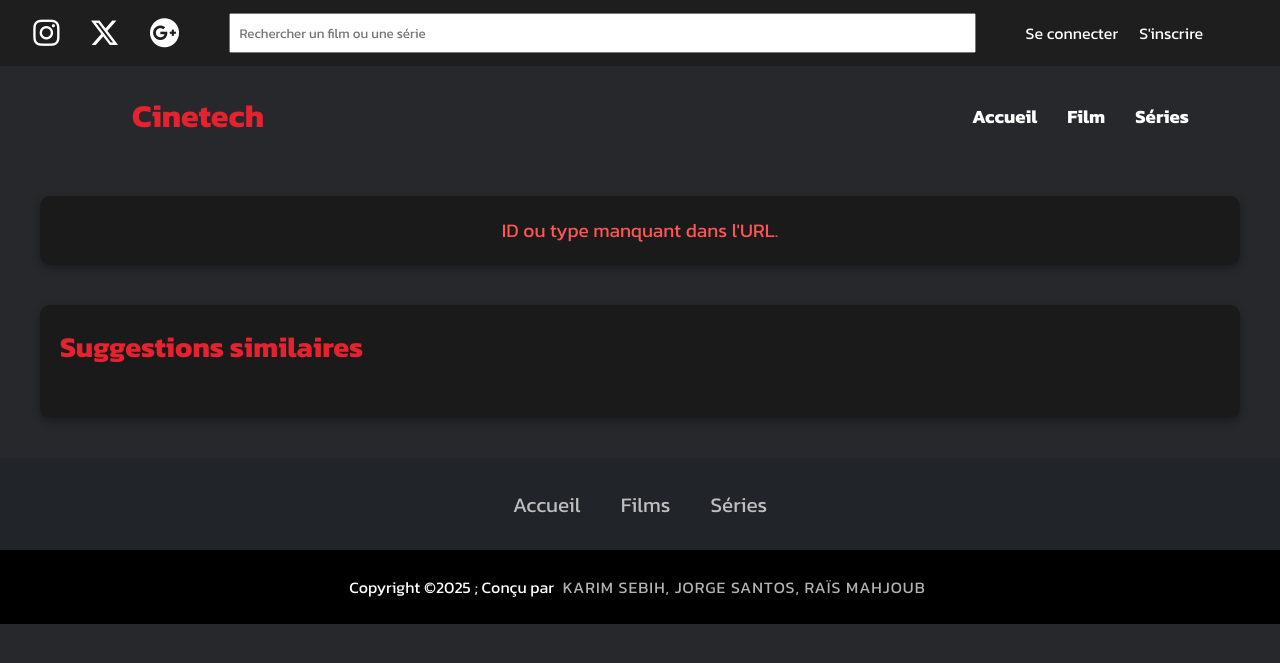
Repository: karim-sebih/cinetech
Page: pages/detail.html
These files come from the project's save history. The page is drawn as it stood at one moment and after the next save; the edit follows.
The browser window is 1280 px wide. The pictures show the whole page.
Some web libraries are served in a nearby version.

Above is the page before, as saved 2025-04-24 09:41:10.

### pages/detail.html
<!DOCTYPE html>
<html lang="fr">
<head>
    <meta charset="UTF-8">
    <meta name="viewport" content="width=device-width, initial-scale=1.0">
    <link rel="stylesheet" href="../styles/detail.css">
    <script src="https://kit.fontawesome.com/ca3234fc7d.js" crossorigin="anonymous"></script>
    <link rel="preconnect" href="https://fonts.googleapis.com">
    <link rel="preconnect" href="https://fonts.gstatic.com" crossorigin>
    <link href="https://fonts.googleapis.com/css2?family=Kanit:ital,wght@0,100;0,200;0,300;0,400;0,500;0,600;0,700;0,800;0,900;1,100;1,200;1,300;1,400;1,500;1,600;1,700;1,800;1,900&display=swap" rel="stylesheet">
    <title>Détail</title>
</head>
<body>
    <header>
        <nav class="navbar">
            <div class="buttons">
                <a href="#"><i class="fa-brands fa-instagram"></i></a>
                <a href="#"><i class="fa-brands fa-x-twitter"></i></a>
                <a href="#"><i class="fa-brands fa-google-plus"></i></a>
            </div>
            <div class="search-container">
                <input type="text" id="search-bar" placeholder="Rechercher un film ou une série" autocomplete="off">
                <button id="clear-search">x</button>
                <div id="suggestions" class="suggestion-box"></div>
            </div>
            <div class="sign">
                <a href="#">Se connecter</a>
                <a href="#">S'inscrire</a>
            </div>
        </nav>
    </header>
    <div class="secondnav">
        <div class="cinetech">
            <h1>Cinetech</h1>
        </div>
        <div class="nav">
            <a href="../index.html"><h3>Accueil</h3></a>
            <a href="./film.html"><h3>Film</h3></a>
            <a href="./series.html"><h3>Séries</h3></a>
        </div>
    </div>
    <div class="content">
        <div id="details-container" class="details-container">
            <!-- Les détails seront insérés ici par JavaScript -->
        </div>
        <div class="commentaire">

        </div>

        <div id="similar-container" class="similar-container">
            <h2>Suggestions similaires</h2>
            <div id="similar-items" class="similar-items">
                <!-- Les suggestions seront insérées ici par JavaScript -->
            </div>
        </div>
    </div>

    <footer>
        <div class="footerContainer">
            <div class="footerNav">
                <ul>
                    <li><a href="../index.html">Accueil</a></li>
                    <li><a href="./film.html">Films</a></li>
                    <li><a href="./series.html">Séries</a></li>
                </ul>
            </div>
            <div class="footerBottom">
                <p>Copyright ©2025 ; Conçu par <span class="designer">Karim Sebih, Jorge Santos, Raïs Mahjoub</span></p>
            </div>
        </div>
    </footer>

    <script src="../js/api.js" type="module"></script>
    <script src="../js/searchbar.js" type="module"></script>
    <script src="../js/detail.js" type="module"></script>
</body>
</html>

### styles/detail.css
* {
    margin: 0;
    padding: 0;
    box-sizing: border-box;
    font-family: "Kanit", sans-serif;
  }


  a {
    text-decoration: none;
    color: white;

  }

  body {
    margin: 0;
    width: 100%;
    min-height: 100vh;
    overflow-x: auto;
    background-color: rgb(39, 40, 44);
    color: white;
  }
  /* Nav bar */

  a{
    text-decoration: none;
    color: white;
  }

  a:hover{
  color: red;
  }

  header{
  position: relative;
  padding: 0.2rem;
  background-color: rgb(31, 30, 30);
  }

  .navbar {
  margin-left: 10px;
  width: 100%;
  max-width: 1200px;
  height: 60px;
  margin: 0;
  display: flex;
  align-items: center;
  gap: 50px;

  }

.buttons{
  padding-left: 30px;
  display: flex;
  align-items: center;
 justify-content: space-between;
 gap: 30px;
 font-size: 30px;
}


.search-container {
  position: relative;
  width: 70%;
  display: flex;

  align-items: center;
}

#search-bar {
  width: 100%;
  height: 100%;
  padding: 8px;


  padding-right: 30px;
}

#clear-search {
  position: absolute;
  top:5px;
  right: 30px;
  background: transparent;
  border: none;
  font-size: 16px;
  cursor: pointer;
  display: none; /* Caché par défaut */
}

.suggestion-box {
  position: absolute;
  width: 100%;
  background: white;

  max-height: 150px;
  overflow-y: auto;
  z-index: 1000;
  top: 35px;
}

.suggestion-item {
  padding: 8px;
  cursor: pointer;
}

.suggestion-item:hover {
  background: #f0f0f0;
}

#clear-search {
  background: none;
  border: none;
  font-size: 20px;
  color: black; /* X en noir */
  cursor: pointer;
  margin-bottom: 12px;
}


.sign{
  display: flex;
  align-items: center;
 justify-content: space-between;
  flex-wrap:wrap-reverse;
  width: 200px;

  right: 50%;

}

 /*second nav*/

.secondnav{
    width: 100%;
    height: 100px;
    display: flex;
    align-items: center;
    gap: 200px;
    border: 10px;


}

h1 {
  padding-left: 100%;
  color: #e5222e  ;

}

.nav{

  display: flex;
  gap: 30px;
  margin-left: 50%;

}

/* Ajouter ces styles à la fin de detail.css */

/* Conteneur principal des détails */
.details-container {
  max-width: 1200px;
  margin: 30px auto;
  padding: 20px;
  background-color: #1a1a1a;
  border-radius: 10px;
  box-shadow: 0 4px 8px rgba(0, 0, 0, 0.3);
}

/* Contenu des détails (image + texte) */
.details-content {
  display: flex;
  gap: 30px;
  flex-wrap: wrap;
}

/* Affiche */
.details-poster {
  width: 300px;
  height: auto;
  border-radius: 8px;
  object-fit: cover;
}

/* Texte des détails */
.details-text {
  flex: 1;
  display: flex;
  flex-direction: column;
  gap: 15px;
}

.details-text h2 {
  font-size: 2.2em;
  color: #e5222e;
}

.details-text .overview {
  font-size: 1.1em;
  line-height: 1.5;
}

.details-text p {
  font-size: 1em;
}

.details-text strong {
  color: #e5222e;
}

/* Bouton Ajouter aux favoris */
.favorite-btn {
  background-color: #e5222e;
  color: white;
  border: none;
  padding: 10px 20px;
  border-radius: 5px;
  cursor: pointer;
  font-size: 1em;
  transition: background-color 0.3s ease;
  width: fit-content;
}

.favorite-btn:hover {
  background-color: #c41d27;
}

/* Message d'erreur */
.error-message {
  text-align: center;
  font-size: 1.2em;
  color: #ff5555;
}

/* Responsivité */
@media (max-width: 768px) {
  .details-content {
    flex-direction: column;
    align-items: center;
  }

  .details-poster {
    width: 200px;
  }

  .details-text h2 {
    font-size: 1.8em;
  }
}


.similar-container {
  max-width: 1200px;
  margin: 40px auto;
  padding: 20px;
  background-color: #1a1a1a;
  border-radius: 10px;
  box-shadow: 0 4px 8px rgba(0, 0, 0, 0.3);
}

.similar-container h2 {
  font-size: 1.8em;
  color: #e5222e;
  margin-bottom: 20px;
}

.similar-items {
  display: flex;
  gap: 20px;
  overflow-x: auto;
  padding-bottom: 10px;
}


.similar-item {
  flex: 0 0 auto;
  width: 200px;
  text-align: center;
}

.similar-poster {
  width: 100%;
  height: auto;
  border-radius: 8px;
  margin-bottom: 10px;
}

.similar-item h3 {
  font-size: 1.1em;
  margin-bottom: 10px;
  color: white;
  white-space: nowrap;
  overflow: hidden;
  text-overflow: ellipsis;
}


.similar-item .details-btn {
  background-color: #e5222e;
  color: white;
  border: none;
  padding: 8px 16px;
  border-radius: 5px;
  cursor: pointer;
  font-size: 0.9em;
  transition: background-color 0.3s ease;
}

.similar-item .details-btn:hover {
  background-color: #c41d27;
}

/* Responsivité */
@media (max-width: 768px) {
  .similar-items {
    gap: 15px;
  }

  .similar-item {
    width: 150px;
  }

  .similar-item h3 {
    font-size: 0.9em;
  }

  .similar-item .details-btn {
    padding: 6px 12px;
    font-size: 0.8em;
  }
}
footer {
    padding: 0;
    margin: 0;
    box-sizing: border-box;
  }

  footer {
    background-color: #111;
  }

  .footerContainer {
    width: 100%;
  padding-top: 1px;
    background-color: #212529;
  }

  .socialIcons {
    display: flex;
    justify-content: center;

  }

  .socialIcons a {
    text-decoration: none;
    padding: 9px;
    background-color: white;
    margin: 10px;
    border-radius: 50%;
  }

  .socialIcons a i {
    font-size: 2em;
    color: black;
    opacity: 0, 9;
  }

  /* Hover affect on social media icon */
  .socialIcons a:hover {
    background-color: #111;
    transition: 0.5s;
  }

  .socialIcons a:hover i {
    color: white;
    transition: 0.5s;
  }

  .footerNav {
    margin: 30px 0;
  }

  .footerNav ul {
    display: flex;
    justify-content: center;
    list-style-type: none;
  }

  .footerNav ul li a {
    color: white;
    margin: 20px;
    text-decoration: none;
    font-size: 1.3em;
    opacity: 0.7;
    transition: 0.5s;

  }

  .footerNav ul li a:hover {
    opacity: 1;
  }

  .footerBottom {
    background-color: #000;
    padding: 25px;
    text-align: center;
  }

  .footerBottom p {
    color: white;
  }


  .designer {
    opacity: 0.7;
    text-transform: uppercase;
    letter-spacing: 1px;
    font-weight: 400;
    margin: 0px 5px;
  }

  @media (max-width:990px) {
    .footerNav ul {
      flex-direction: column;
    }
    .footerNav ul li {
      width: 100%;
      text-align: center;
      margin:10px;
    }


    @media (max-width:599px) {
      .footerNav ul {
        flex-direction: column;
      }
      .footerNav ul li {
        width: 100%;
        text-align: center;
        margin:10px;
      }
    }
  }

### js/api.js
const BASE_URL = 'https://api.themoviedb.org/3';
const IMAGE_BASE_URL = 'https://image.tmdb.org/t/p/';
const BEARER_TOKEN = 'eyJhbGciOiJIUzI1NiJ9.eyJhdWQiOiI4OTY1ZGYzMGQwNDAyOGZiODRmYjFmNTdkMDhjMjBiNiIsIm5iZiI6MTc0NTMwNTMwNS4xNDEsInN1YiI6IjY4MDczZWQ5NDIxYTMwOTc1Y2FhZWRlNyIsInNjb3BlcyI6WyJhcGlfcmVhZCJdLCJ2ZXJzaW9uIjoxfQ.lGYh-UNj4NOcQVPv6fheSInh-0FhPL5bzd-aq9rCHB8';

const options = {
  method: 'GET',
  headers: {
    accept: 'application/json',
    Authorization: `Bearer ${BEARER_TOKEN}`
  }
};

export const imageBaseUrl = IMAGE_BASE_URL;

export async function fetchConfiguration() {
  // Pas besoin de configuration pour TMDb, mais on garde la fonction pour compatibilité
  return Promise.resolve();
}

export async function fetchMovies(page = 1, genreId = null) {
  try {
    let url = `${BASE_URL}/discover/movie?include_adult=false&include_video=false&language=fr-FR&page=${page}&sort_by=popularity.desc`;
    if (genreId) {
      url += `&with_genres=${genreId}`;
    }
    const response = await fetch(url, options);
    if (!response.ok) {
      throw new Error(`Erreur HTTP ! Statut : ${response.status}`);
    }
    const data = await response.json();
    return data.results.map(item => ({
      id: item.id,
      title: item.title,
      poster_path: item.poster_path ? `${IMAGE_BASE_URL}w200${item.poster_path}` : 'default.jpg',
      overview: item.overview
    }));
  } catch (error) {
    console.error('Erreur lors de la récupération des films :', error);
    return [];
  }
}

export async function fetchSeries(page = 1, genreId = null) {
  try {
    let url = `${BASE_URL}/discover/tv?include_adult=false&include_null_first_air_dates=false&language=fr-FR&page=${page}&sort_by=popularity.desc`;
    if (genreId) {
      url += `&with_genres=${genreId}`;
    }
    const response = await fetch(url, options);
    if (!response.ok) {
      throw new Error(`Erreur HTTP ! Statut : ${response.status}`);
    }
    const data = await response.json();
    return data.results.map(item => ({
      id: item.id,
      name: item.name,
      poster_path: item.poster_path ? `${IMAGE_BASE_URL}w200${item.poster_path}` : 'default.jpg',
      overview: item.overview
    }));
  } catch (error) {
    console.error('Erreur lors de la récupération des séries :', error);
    return [];
  }
}

export async function searchMoviesAndSeries(query) {
  try {
    const url = `${BASE_URL}/search/multi?language=fr-FR&query=${encodeURIComponent(query)}&include_adult=false`;
    const response = await fetch(url, options);
    if (!response.ok) {
      throw new Error(`Erreur HTTP ! Statut : ${response.status}`);
    }
    const data = await response.json();
    return data.results
      .filter(item => item.media_type === 'movie' || item.media_type === 'tv')
      .map(item => ({
        id: item.id,
        title: item.title || item.name,
        poster_path: item.poster_path ? `${IMAGE_BASE_URL}w200${item.poster_path}` : 'default.jpg',
        overview: item.overview,
        media_type: item.media_type
      }));
  } catch (error) {
    console.error('Erreur lors de la recherche :', error);
    return [];
  }
}

### js/searchbar.js
import { searchMoviesAndSeries } from './api.js';

document.addEventListener("DOMContentLoaded", function () {
  const searchBar = document.getElementById('search-bar');
  const clearSearch = document.getElementById('clear-search');
  const suggestionsBox = document.getElementById('suggestions');

  if (!searchBar || !clearSearch || !suggestionsBox) {
    console.error("Éléments de la barre de recherche introuvables dans le DOM");
    return;
  }

  searchBar.addEventListener('input', async (e) => {
    const query = e.target.value.trim();
    if (query.length < 2) {
      suggestionsBox.innerHTML = '';
      clearSearch.style.display = 'none';
      return;
    }

    clearSearch.style.display = 'block';

    try {
      const results = await searchMoviesAndSeries(query);
      suggestionsBox.innerHTML = '';

      if (results.length === 0) {
        suggestionsBox.innerHTML = '<div class="suggestion-item">Aucun résultat trouvé</div>';
        return;
      }

      results.forEach(item => {
        const suggestionItem = document.createElement('div');
        suggestionItem.className = 'suggestion-item';
        suggestionItem.textContent = item.title;
        suggestionItem.addEventListener('click', () => {
          window.location.href = `./pages/detail.html?id=${item.id}&type=${item.media_type}`;
        });
        suggestionsBox.appendChild(suggestionItem);
      });
    } catch (error) {
      console.error('Erreur lors de la recherche :', error);
      suggestionsBox.innerHTML = '<div class="suggestion-item">Erreur lors de la recherche</div>';
    }
  });

  clearSearch.addEventListener('click', () => {
    searchBar.value = '';
    suggestionsBox.innerHTML = '';
    clearSearch.style.display = 'none';
  });
});

### js/detail.js
import { imageBaseUrl } from './api.js';

const BEARER_TOKEN = 'eyJhbGciOiJIUzI1NiJ9.eyJhdWQiOiI4OTY1ZGYzMGQwNDAyOGZiODRmYjFmNTdkMDhjMjBiNiIsIm5iZiI6MTc0NTMwNTMwNS4xNDEsInN1YiI6IjY4MDczZWQ5NDIxYTMwOTc1Y2FhZWRlNyIsInNjb3BlcyI6WyJhcGlfcmVhZCJdLCJ2ZXJzaW9uIjoxfQ.lGYh-UNj4NOcQVPv6fheSInh-0FhPL5bzd-aq9rCHB8';

const options = {
  method: 'GET',
  headers: {
    accept: 'application/json',
    Authorization: `Bearer ${BEARER_TOKEN}`
  }
};

document.addEventListener('DOMContentLoaded', async () => {
  // Récupérer les paramètres de l'URL (id et type)
  const urlParams = new URLSearchParams(window.location.search);
  const id = urlParams.get('id');
  const type = urlParams.get('type'); // 'movie' ou 'tv'

  if (!id || !type) {
    displayError('ID ou type manquant dans l\'URL.');
    return;
  }

  try {
    // Déterminer l'endpoint en fonction du type (film ou série)
    const endpoint = type === 'movie'
      ? `https://api.themoviedb.org/3/movie/${id}?append_to_response=credits&language=fr-FR`
      : `https://api.themoviedb.org/3/tv/${id}?append_to_response=credits&language=fr-FR`;

    // Récupérer les détails
    const response = await fetch(endpoint, options);
    if (!response.ok) {
      throw new Error(`Erreur HTTP ! Statut : ${response.status}`);
    }
    const data = await response.json();

    // Afficher les détails
    displayDetails(data, type);

    // Récupérer et afficher les suggestions similaires
    await fetchAndDisplaySimilar(id, type);
  } catch (error) {
    console.error('Erreur lors de la récupération des détails :', error);
    displayError('Impossible de charger les détails. Veuillez réessayer plus tard.');
  }
});

function displayDetails(data, type) {
  const container = document.getElementById('details-container');
  if (!container) {
    console.error('Conteneur de détails introuvable.');
    return;
  }

  // Préparer les données à afficher
  const title = type === 'movie' ? data.title : data.name;
  const releaseDate = type === 'movie' ? data.release_date : data.first_air_date;
  const director = type === 'movie'
    ? (data.credits?.crew?.find(crew => crew.job === 'Director')?.name || 'N/A')
    : (data.created_by?.map(creator => creator.name).join(', ') || 'N/A');
  const directorLabel = type === 'movie' ? 'Réalisateur' : 'Créateur(s)';
  const genres = data.genres?.map(genre => genre.name).join(', ') || 'N/A';
  const countries = data.production_countries?.map(country => country.name).join(', ') || 'N/A';
  const imageSrc = data.poster_path ? `${imageBaseUrl}w500${data.poster_path}` : 'default.jpg';

  // Construire le HTML pour les détails
  container.innerHTML = `
    <div class="details-content">
      <img src="${imageSrc}" alt="${title}" class="details-poster">
      <div class="details-text">
        <h2>${title}</h2>
        <p class="overview">${data.overview || 'Synopsis non disponible.'}</p>
        <p><strong>Note :</strong> ${data.vote_average?.toFixed(1) || 'N/A'} / 10</p>
        <p><strong>Genre :</strong> ${genres}</p>
        <p><strong>${directorLabel} :</strong> ${director}</p>
        <p><strong>Date de sortie :</strong> ${releaseDate || 'N/A'}</p>
        <p><strong>Langue :</strong> ${data.original_language?.toUpperCase() || 'N/A'}</p>
        <p><strong>Pays :</strong> ${countries}</p>
        <button id="add-to-favorites" class Rosé (2019) on-premise only - 750ml
        <button id="add-to-favorites" class="favorite-btn">Ajouter aux favoris</button>
      </div>
    </div>
  `;

  // Ajouter un événement pour le bouton "Ajouter aux favoris"
  const favoriteBtn = document.getElementById('add-to-favorites');
  favoriteBtn.addEventListener('click', () => {
    addToFavorites({ id: data.id, title, type, poster_path: data.poster_path });
  });
}

async function fetchAndDisplaySimilar(id, type) {
  try {
    // Déterminer l'endpoint pour les suggestions similaires
    const similarEndpoint = type === 'movie'
      ? `https://api.themoviedb.org/3/movie/${id}/similar?language=fr-FR&page=1`
      : `https://api.themoviedb.org/3/tv/${id}/similar?language=fr-FR&page=1`;

    // Récupérer les suggestions similaires
    const response = await fetch(similarEndpoint, options);
    if (!response.ok) {
      throw new Error(`Erreur HTTP ! Statut : ${response.status}`);
    }
    const similarData = await response.json();
    const similarItems = similarData.results.slice(0, 5); // Limiter à 5 suggestions

    // Afficher les suggestions
    displaySimilarItems(similarItems, type);
  } catch (error) {
    console.error('Erreur lors de la récupération des suggestions similaires :', error);
    const similarContainer = document.getElementById('similar-items');
    if (similarContainer) {
      similarContainer.innerHTML = `<p class="error-message">Impossible de charger les suggestions similaires.</p>`;
    }
  }
}

function displaySimilarItems(items, type) {
  const container = document.getElementById('similar-items');
  if (!container) {
    console.error('Conteneur de suggestions similaires introuvable.');
    return;
  }

  container.innerHTML = ''; // Vider le conteneur

  items.forEach(item => {
    const itemElement = document.createElement('div');
    itemElement.className = 'similar-item';
    const imageSrc = item.poster_path ? `${imageBaseUrl}w200${item.poster_path}` : 'default.jpg';
    const title = type === 'movie' ? item.title : item.name;
    itemElement.innerHTML = `
      <img src="${imageSrc}" alt="${title}" class="similar-poster">
      <h3>${title}</h3>
      <button class="details-btn" data-id="${item.id}" data-type="${type}">Voir Détails</button>
    `;
    container.appendChild(itemElement);
  });

  // Ajouter des écouteurs d'événements pour les boutons "Voir Détails"
  container.querySelectorAll('.details-btn').forEach(button => {
    button.addEventListener('click', () => {
      const id = button.dataset.id;
      const newType = button.dataset.type;
      window.location.href = `./detail.html?id=${id}&type=${newType}`;
    });
  });
}

function displayError(message) {
  const container = document.getElementById('details-container');
  if (container) {
    container.innerHTML = `<p class="error-message">${message}</p>`;
  }
}

function addToFavorites(item) {
  // Récupérer les favoris existants dans localStorage
  const favorites = JSON.parse(localStorage.getItem('favorites')) || [];

  // Vérifier si l'élément est déjà dans les favoris
  const exists = favorites.some(fav => fav.id === item.id && fav.type === item.type);
  if (exists) {
    alert('Cet élément est déjà dans vos favoris !');
    return;
  }

  // Ajouter l'élément aux favoris
  favorites.push(item);
  localStorage.setItem('favorites', JSON.stringify(favorites));
  alert(`${item.title} a été ajouté aux favoris !`);
}

After the next save:
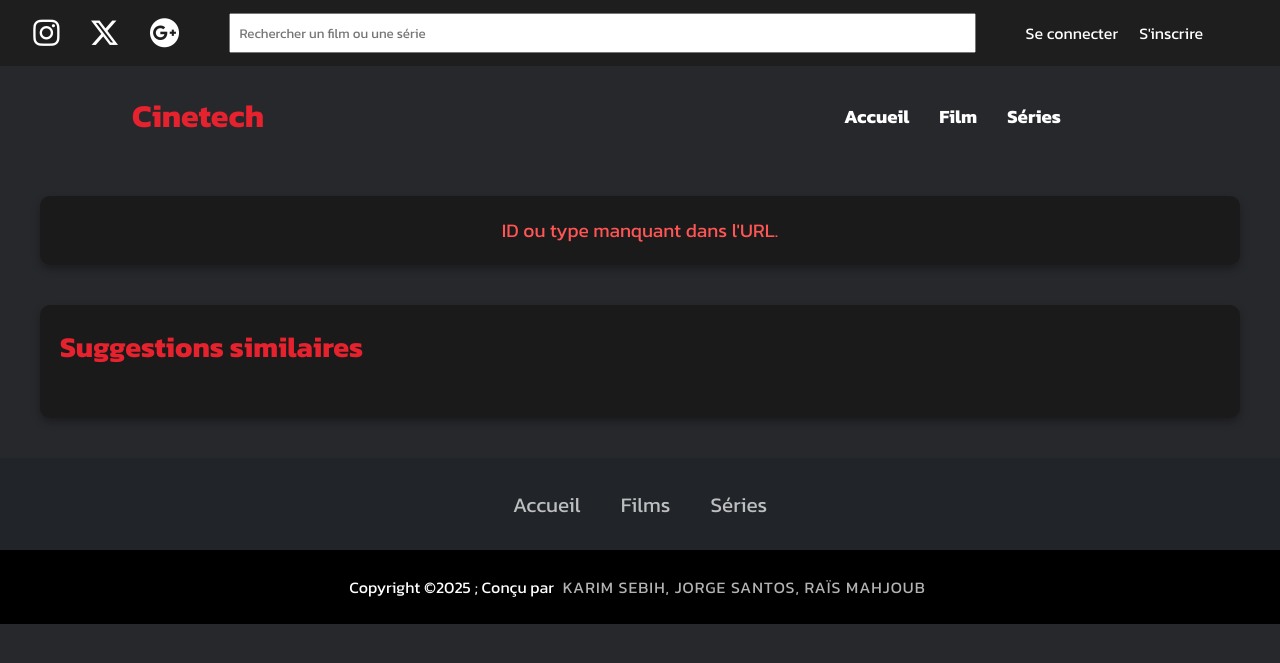
Saved 9 s later.
--- a/styles/detail.css
+++ b/styles/detail.css
@@ -20,6 +20,7 @@
     background-color: rgb(39, 40, 44);
     color: white;
   }
+
   /* Nav bar */
 
   a{
@@ -48,6 +49,8 @@
   gap: 50px;
 
   }
+
+
 
 .buttons{
   padding-left: 30px;
@@ -107,14 +110,38 @@
   background: #f0f0f0;
 }
 
+/* Ajout dans styles/index.css */
+.suggestion-box {
+  position: absolute;
+  width: 100%;
+  background: white;
+  max-height: 150px;
+  overflow-y: auto;
+  z-index: 1000;
+  top: 40px;
+  border-radius: 4px;
+  box-shadow: 0 2px 5px rgba(0, 0, 0, 0.1);
+}
+
+.suggestion-item {
+  padding: 8px;
+  cursor: pointer;
+  color: black;
+}
+
+.suggestion-item:hover {
+  background: #f0f0f0;
+}
+
 #clear-search {
   background: none;
   border: none;
   font-size: 20px;
-  color: black; /* X en noir */
+  color: black;
   cursor: pointer;
   margin-bottom: 12px;
 }
+
 
 
 .sign{
@@ -151,9 +178,10 @@ h1 {
 
   display: flex;
   gap: 30px;
-  margin-left: 50%;
-
-}
+  margin-left: 40%;
+
+}
+
 
 /* Ajouter ces styles à la fin de detail.css */
 
